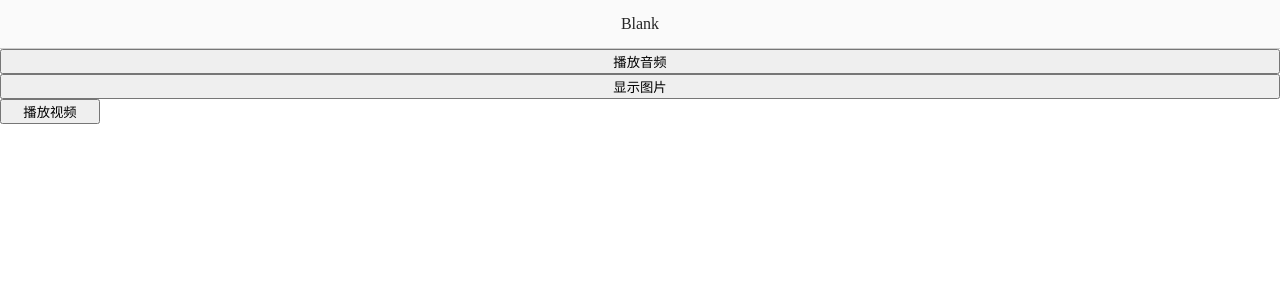
Repository: andycj7/-
Page: web/test3/index.html
The author's editor kept a copy of each file at every save. The page is drawn from the files as they stood at one save, then again after the next save.
The browser window is 1280 px wide. The pictures show the whole page.

Above is the page before, as saved 2020-07-15 05:22:09.

After the next save:
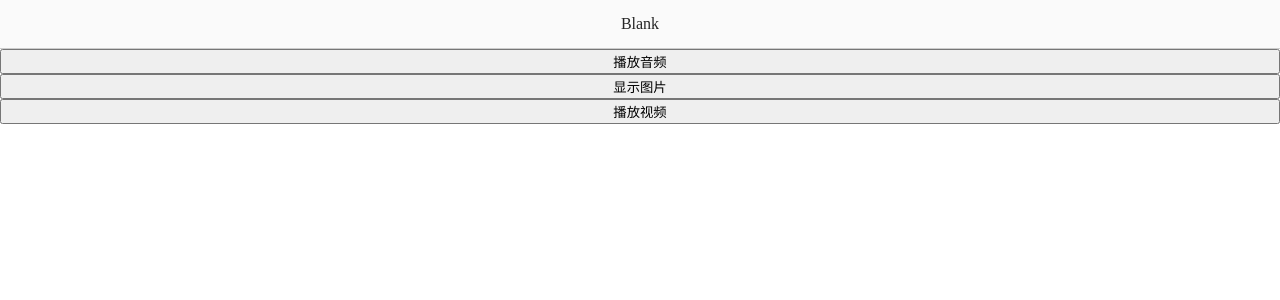
Saved 13 s later.
--- a/web/test3/index.html
+++ b/web/test3/index.html
@@ -22,7 +22,7 @@
 		<button onclick="displayPicture()">显示图片</button>
 	</div>
 	<div class="display">
-		<button style="width: 100px;">播放视频</button>
+		<button>播放视频</button>
 	</div>
 </body>
 <script>
